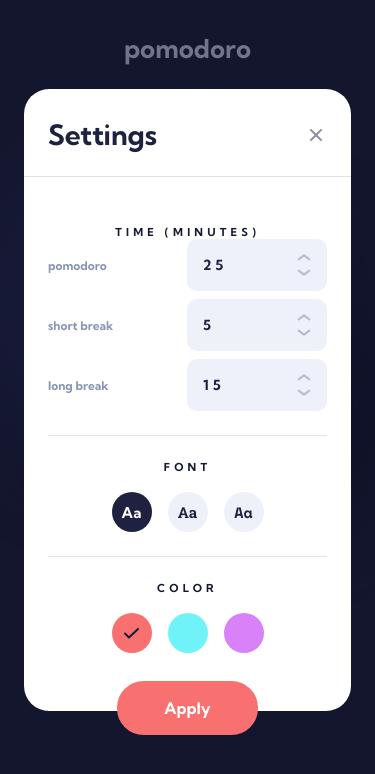
Repository: blordeus/pomodoro-app
Page: /, after clicking the first element matching `button.settings-trigger`
The author's editor kept a copy of each file at every save. The page is drawn from the files as they stood at one save, then again after the next save.
The browser window is 375 px wide. The pictures show the whole page.
The project was rebuilt for these pictures with package versions that can differ from the ones it lists, and the page was loaded fresh each time.

Above is the page before, as saved 2026-05-09 18:38:07.

### index.html
<!doctype html>
<html lang="en">
  <head>
    <meta charset="UTF-8" />
    <meta name="viewport" content="width=device-width, initial-scale=1.0" />
    <title>Pomodoro App</title>
  </head>
  <body>
    <div id="root"></div>
    <script type="module" src="/src/main.jsx"></script>
  </body>
</html>

### src/main.jsx
import React from 'react';
import { createRoot } from 'react-dom/client';
import './index.css';
import App from './App.jsx';

createRoot(document.getElementById('root')).render(
  <React.StrictMode>
    <App />
  </React.StrictMode>
);

### src/index.css
@import url('https://fonts.googleapis.com/css2?family=Kumbh+Sans:wght@400;700&family=Roboto+Slab:wght@400;700&family=Space+Mono:wght@400;700&display=swap');

/* ─── Design Tokens ─────────────────────────────────────────── */
:root {
  --bg: #1E213F;
  --surface: #161932;
  --surface-alt: #0D0E1C;
  --text-primary: #D7E0FF;
  --text-muted: #8895B3;
  --modal-bg: #FFFFFF;
  --modal-text: #161932;
  --modal-label: #1E213F;
  --modal-section-title: #161932;
  --input-bg: #EFF1FA;
  --input-text: #1E213F;
  --divider: #E3E1E1;

  /* Accent — overridden by useSettings via JS */
  --accent: #F87070;

  /* Font — overridden by useSettings via JS */
  --font-app: 'Kumbh Sans', sans-serif;

  /* Timer sizing */
  --timer-outer: 410px;
  --timer-inner: 340px;
  --timer-ring-size: 339px;
}

/* ─── Reset & Base ──────────────────────────────────────────── */
*, *::before, *::after {
  box-sizing: border-box;
  margin: 0;
  padding: 0;
}

body {
  font-family: var(--font-app);
  background-color: var(--bg);
  color: var(--text-primary);
  min-height: 100vh;
  transition: font-family 0.2s ease;
}

button {
  cursor: pointer;
  border: none;
  background: none;
  font-family: inherit;
}

/* ─── App Layout ────────────────────────────────────────────── */
.app {
  display: flex;
  flex-direction: column;
  align-items: center;
  padding: 48px 24px 56px;
  min-height: 100vh;
}

.app__title {
  font-size: 1.625rem;
  font-weight: 700;
  letter-spacing: 0;
  color: var(--text-primary);
  margin-bottom: 45px;
}

/* ─── Mode Selector ─────────────────────────────────────────── */
.mode-selector {
  display: flex;
  align-items: center;
  background-color: var(--surface);
  border-radius: 31.5px;
  padding: 8px;
  gap: 0;
  margin-bottom: 48px;
}

.mode-btn {
  font-family: var(--font-app);
  font-size: 0.75rem;
  font-weight: 700;
  color: var(--text-muted);
  border-radius: 26.5px;
  padding: 14px 24px;
  transition: color 0.25s ease, background-color 0.25s ease;
  white-space: nowrap;
}

.mode-btn:hover {
  color: var(--text-primary);
}

.mode-btn--active {
  background-color: var(--accent);
  color: var(--modal-label);
}

/* ─── Timer ─────────────────────────────────────────────────── */
.timer-wrapper {
  margin-bottom: 63px;
}

.timer-outer {
  width: var(--timer-outer);
  height: var(--timer-outer);
  border-radius: 50%;
  background: linear-gradient(315deg, #2E325A 0%, #0E112A 100%);
  box-shadow:
    -50px -50px 100px #272C5A,
    50px 50px 100px #121530;
  display: flex;
  align-items: center;
  justify-content: center;
}

.timer-inner {
  width: var(--timer-inner);
  height: var(--timer-inner);
  border-radius: 50%;
  background: var(--surface);
  display: flex;
  align-items: center;
  justify-content: center;
  position: relative;
}

.timer-ring {
  position: absolute;
  inset: 0;
  display: flex;
  align-items: center;
  justify-content: center;
  width: 100%;
  height: 100%;
  padding: 20px;
}

.progress-ring {
  overflow: visible;
  width: 100%;
  height: 100%;
}

.timer-face {
  position: relative;
  z-index: 1;
  display: flex;
  flex-direction: column;
  align-items: center;
  gap: 15px;
  padding: 20px 40px;
  border-radius: 50%;
  background: transparent;
  transition: opacity 0.15s ease;
}

.timer-face:hover .timer-action {
  color: var(--accent);
}

.timer-time {
  font-family: var(--font-app);
  font-size: 5.5rem;
  font-weight: 700;
  color: var(--text-primary);
  letter-spacing: -4px;
  line-height: 1;
}

.timer-action {
  font-family: var(--font-app);
  font-size: 0.875rem;
  font-weight: 700;
  letter-spacing: 13px;
  color: var(--text-primary);
  text-transform: uppercase;
  transition: color 0.2s ease;
  /* offset to account for letter-spacing on last char */
  padding-left: 13px;
}

/* ─── Settings Trigger ──────────────────────────────────────── */
.settings-trigger {
  color: var(--text-muted);
  transition: color 0.2s ease;
  padding: 8px;
}

.settings-trigger:hover {
  color: var(--text-primary);
}

.settings-trigger img {
  opacity: 0.5;
  transition: opacity 0.2s ease;
}

.settings-trigger:hover img {
  opacity: 1;
}

/* ─── Settings Modal ────────────────────────────────────────── */
.modal-backdrop {
  position: fixed;
  inset: 0;
  background: rgba(10, 12, 28, 0.5);
  display: flex;
  align-items: center;
  justify-content: center;
  z-index: 100;
  padding: 24px;
}

.modal {
  background: var(--modal-bg);
  border-radius: 25px;
  width: 100%;
  max-width: 540px;
  position: relative;
  overflow: visible;
}

.modal__header {
  display: flex;
  align-items: center;
  justify-content: space-between;
  padding: 34px 40px 28px;
  border-bottom: 1px solid var(--divider);
}

.modal__title {
  font-size: 1.75rem;
  font-weight: 700;
  color: var(--modal-label);
}

.modal__close {
  color: var(--text-muted);
  padding: 4px;
  transition: color 0.2s ease;
  display: flex;
  align-items: center;
  justify-content: center;
}

.modal__close:hover {
  color: var(--modal-label);
}

.modal__body {
  padding: 6px 40px 24px 40px;

}

.modal__section {
  padding: 24px 0;
}

.modal__section--row {
  display: flex;
  align-items: center;
  justify-content: space-between;
}

.modal__section-title {
  font-size: 0.6875rem;
  font-weight: 700;
  letter-spacing: 4.23px;
  color: var(--modal-section-title);
  text-transform: uppercase;
  margin-bottom: 18px;
}

.modal__section--row .modal__section-title {
  margin-bottom: 0;
}

.modal__time-inputs {
  display: flex;
  gap: 20px;
}

.modal__divider {
  height: 1px;
  background: var(--divider);
}

.modal__options {
  display: flex;
  gap: 16px;
  align-items: center;
}

.modal__footer {
  display: flex;
  justify-content: center;
  padding-bottom: 0;
  /* Apply button overlaps the bottom of the modal */
  margin-top: -20px;
  margin-bottom: -24px;
}

/* ─── TimeInput ─────────────────────────────────────────────── */
.time-input {
  flex: 1;
  display: flex;
  flex-direction: column;
  gap: 8px;
}

.time-input__label {
  font-size: 0.75rem;
  font-weight: 700;
  color: var(--text-muted);
}

.time-input__control {
  display: flex;
  align-items: center;
  justify-content: space-between;
  background: var(--input-bg);
  border-radius: 10px;
  padding: 14px 16px;
  gap: 16px;
}

.time-input__value {
  font-size: 0.875rem;
  font-weight: 700;
  color: var(--input-text);
}

.time-input__arrows {
  display: flex;
  flex-direction: column;
  gap: 8px;
}

.time-input__arrow {
  color: #8895B3;
  display: flex;
  align-items: center;
  justify-content: center;
  transition: color 0.15s ease;
  padding: 0;
  line-height: 1;
}

.time-input__arrow img {
  width: 14px;
  height: 8px;
}

.time-input__arrow:hover {
  color: var(--input-text);
}

/* ─── Font Buttons ──────────────────────────────────────────── */
.font-btn {
  width: 40px;
  height: 40px;
  border-radius: 50%;
  font-size: 0.9375rem;
  font-weight: 700;
  background: var(--input-bg);
  color: var(--modal-label);
  display: flex;
  align-items: center;
  justify-content: center;
  transition: background-color 0.2s ease, color 0.2s ease;
}

.font-btn--active {
  background: var(--modal-label);
  color: var(--modal-bg);
}

/* ─── Color Buttons ─────────────────────────────────────────── */
.color-btn {
  width: 40px;
  height: 40px;
  border-radius: 50%;
  position: relative;
  transition: opacity 0.2s ease;
}

.color-btn:hover {
  opacity: 0.85;
}

.color-btn--active::after {
  content: '';
  position: absolute;
  inset: 0;
  display: flex;
  align-items: center;
  justify-content: center;
  background-image: url("data:[embedded picture, 244 characters]");
  background-repeat: no-repeat;
  background-position: center;
}

/* ─── Apply Button ──────────────────────────────────────────── */
.apply-btn {
  font-family: var(--font-app);
  font-size: 1rem;
  font-weight: 700;
  color: white;
  background: var(--accent);
  border-radius: 26.5px;
  padding: 17px 47px;
  transition: filter 0.2s ease;
}

.apply-btn:hover {
  filter: brightness(1.15);
}

/* ─── Responsive ────────────────────────────────────────────── */
@media (max-width: 600px) {
  :root {
    --timer-outer: 300px;
    --timer-inner: 267px;
    --timer-ring-size: 248px;
  }

  .app {
    padding: 32px 24px 48px;
  }

  .app__title {
    margin-bottom: 40px;
  }

  .mode-selector {
    margin-bottom: 45px;
  }

  .mode-btn {
    padding: 11px 16px;
    font-size: 0.6875rem;
  }

  .timer-time {
    font-size: 5rem;
    letter-spacing: -3px;
  }

  .timer-wrapper {
    margin-bottom: 56px;
  }

  /* Settings modal: stack time inputs vertically */
  .modal__time-inputs {
    flex-direction: column;
    gap: 8px;
  }

  .time-input__control {
    width: 140px;
    flex-shrink: 0;
  }

  .time-input__value {
    letter-spacing: 4px;
  }

  .time-input {
    flex-direction: row;
    align-items: center;
    justify-content: space-between;
  }

  .time-input__label {
    flex-shrink: 0;
  }

  .modal__header {
    padding: 28px 24px 24px;
  }

  .modal__body {
    padding: 24px 24px;
  }

  .modal__section--row {
    flex-direction: column;
    align-items: center;
    gap: 18px;
    text-align: center;
  }

  .modal__section-title {
    margin-bottom: 0;
    text-align: center;
  }


}

### src/App.jsx
import React, { useState } from 'react';
import { useTimer } from './hooks/useTimer';
import { useSettings } from './hooks/useSettings';
import ModeSelector from './components/ModeSelector';
import TimerDisplay from './components/TimerDisplay';
import SettingsModal from './components/SettingsModal';

const App = () => {
  const { settings, applySettings } = useSettings();
  const { mode, status, formattedTime, progress, start, pause, restart, switchMode } = useTimer(settings);
  const [showSettings, setShowSettings] = useState(false);

  return (
    <div className="app">
      <h1 className="app__title">pomodoro</h1>

      <ModeSelector mode={mode} onSwitch={switchMode} />

      <TimerDisplay
        formattedTime={formattedTime}
        progress={progress}
        status={status}
        onStart={start}
        onPause={pause}
        onRestart={restart}
      />

      <button
        className="settings-trigger"
        onClick={() => setShowSettings(true)}
        aria-label="Open settings"
      >
        <img src="/assets/icon-settings.svg" alt="" />
      </button>

      {showSettings && (
        <SettingsModal
          settings={settings}
          onApply={applySettings}
          onClose={() => setShowSettings(false)}
        />
      )}
    </div>
  );
};

export default App;

### src/hooks/useTimer.js
import { useState, useEffect, useRef, useCallback } from 'react';

const MODES = {
  pomodoro: 'pomodoro',
  shortBreak: 'shortBreak',
  longBreak: 'longBreak',
};

export const useTimer = (settings) => {
  const [mode, setMode] = useState(MODES.pomodoro);
  const [status, setStatus] = useState('idle'); // idle | running | paused | complete
  const [timeLeft, setTimeLeft] = useState(settings.pomodoro * 60);
  const intervalRef = useRef(null);

  const totalTime = settings[mode] * 60;

  // Reset timer when mode or settings change
  useEffect(() => {
    clearInterval(intervalRef.current);
    setStatus('idle');
    setTimeLeft(settings[mode] * 60);
  }, [mode, settings]);

  useEffect(() => {
    if (status === 'running') {
      intervalRef.current = setInterval(() => {
        setTimeLeft((prev) => {
          if (prev <= 1) {
            clearInterval(intervalRef.current);
            setStatus('complete');
            return 0;
          }
          return prev - 1;
        });
      }, 1000);
    } else {
      clearInterval(intervalRef.current);
    }

    return () => clearInterval(intervalRef.current);
  }, [status]);

  const start = useCallback(() => setStatus('running'), []);
  const pause = useCallback(() => setStatus('paused'), []);
  const restart = useCallback(() => {
    setStatus('idle');
    setTimeLeft(settings[mode] * 60);
  }, [mode, settings]);

  const switchMode = useCallback((newMode) => {
    setMode(newMode);
  }, []);

  const minutes = Math.floor(timeLeft / 60);
  const seconds = timeLeft % 60;
  const formattedTime = `${String(minutes).padStart(2, '0')}:${String(seconds).padStart(2, '0')}`;
  const progress = timeLeft / totalTime; // 1 = full, 0 = empty

  return {
    mode,
    status,
    timeLeft,
    totalTime,
    formattedTime,
    progress,
    start,
    pause,
    restart,
    switchMode,
    MODES,
  };
};

### src/hooks/useSettings.js
import { useState, useEffect } from 'react';

const STORAGE_KEY = 'pomodoro-settings';

const DEFAULT_SETTINGS = {
  pomodoro: 25,
  shortBreak: 5,
  longBreak: 15,
  font: 'kumbh',   // kumbh | roboto | mono
  color: 'red',    // red | cyan | purple
};

export const useSettings = () => {
  const [settings, setSettings] = useState(() => {
    try {
      const saved = localStorage.getItem(STORAGE_KEY);
      return saved ? { ...DEFAULT_SETTINGS, ...JSON.parse(saved) } : DEFAULT_SETTINGS;
    } catch {
      return DEFAULT_SETTINGS;
    }
  });

  // Apply font + color to :root whenever settings change
  useEffect(() => {
    const root = document.documentElement;

    const fontMap = {
      kumbh: "'Kumbh Sans', sans-serif",
      roboto: "'Roboto Slab', serif",
      mono: "'Space Mono', monospace",
    };

    const colorMap = {
      red: '#F87070',
      cyan: '#70F3F8',
      purple: '#D881F8',
    };

    root.style.setProperty('--accent', colorMap[settings.color]);
    root.style.setProperty('--font-app', fontMap[settings.font]);
  }, [settings.font, settings.color]);

  const applySettings = (newSettings) => {
    const merged = { ...settings, ...newSettings };
    setSettings(merged);
    try {
      localStorage.setItem(STORAGE_KEY, JSON.stringify(merged));
    } catch {
      // storage unavailable, silently continue
    }
  };

  return { settings, applySettings };
};

### src/components/ModeSelector.jsx
import React, { useState } from 'react';

const LABELS = {
  pomodoro: 'pomodoro',
  shortBreak: 'short break',
  longBreak: 'long break',
};

const ModeSelector = ({ mode, onSwitch }) => {
  return (
    <nav className="mode-selector" aria-label="Timer mode">
      {Object.entries(LABELS).map(([key, label]) => (
        <button
          key={key}
          className={`mode-btn${mode === key ? ' mode-btn--active' : ''}`}
          onClick={() => onSwitch(key)}
          aria-pressed={mode === key}
        >
          {label}
        </button>
      ))}
    </nav>
  );
};

export default ModeSelector;

### src/components/TimerDisplay.jsx
import React, { useState } from 'react';
import CircularProgress from './CircularProgress';

const ACTION_LABELS = {
  idle: 'START',
  running: 'PAUSE',
  paused: 'RESUME',
  complete: 'RESTART',
};

const TimerDisplay = ({ formattedTime, progress, status, onStart, onPause, onRestart }) => {
  const actionLabel = ACTION_LABELS[status];

  const handleAction = () => {
    if (status === 'idle' || status === 'paused') onStart();
    else if (status === 'running') onPause();
    else if (status === 'complete') onRestart();
  };

  return (
    <div className="timer-wrapper">
      {/* Outer decorative circle with layered shadow effect */}
      <div className="timer-outer">
        <div className="timer-inner">
          {/* SVG progress ring sits behind the content */}
          <div className="timer-ring">
            <CircularProgress progress={progress} />
          </div>
          {/* Time + action button */}
          <button
            className="timer-face"
            onClick={handleAction}
            aria-label={`${actionLabel} timer, time remaining ${formattedTime}`}
          >
            <span className="timer-time">{formattedTime}</span>
            <span className="timer-action">{actionLabel}</span>
          </button>
        </div>
      </div>
    </div>
  );
};

export default TimerDisplay;

### src/components/SettingsModal.jsx
import React, { useState } from 'react';
import TimeInput from './TimeInput';

const FONTS = [
  { key: 'kumbh', label: 'Aa', style: { fontFamily: "'Kumbh Sans', sans-serif" } },
  { key: 'roboto', label: 'Aa', style: { fontFamily: "'Roboto Slab', serif" } },
  { key: 'mono', label: 'Aa', style: { fontFamily: "'Space Mono', monospace" } },
];

const COLORS = [
  { key: 'red', hex: '#F87070' },
  { key: 'cyan', hex: '#70F3F8' },
  { key: 'purple', hex: '#D881F8' },
];

const SettingsModal = ({ settings, onApply, onClose }) => {
  const [draft, setDraft] = useState({ ...settings });

  const update = (key, value) => setDraft((prev) => ({ ...prev, [key]: value }));

  const handleApply = () => {
    onApply(draft);
    onClose();
  };

  // Close on backdrop click
  const handleBackdrop = (e) => {
    if (e.target === e.currentTarget) onClose();
  };

  return (
    <div className="modal-backdrop" onClick={handleBackdrop} role="dialog" aria-modal="true" aria-labelledby="settings-title">
      <div className="modal">
        <div className="modal__header">
          <h2 className="modal__title" id="settings-title">Settings</h2>
          <button className="modal__close" onClick={onClose} aria-label="Close settings">
            <img src="/assets/icon-close.svg" alt="" />
          </button>
        </div>

        <div className="modal__body">
          {/* Time inputs */}
          <section className="modal__section">
            <h3 className="modal__section-title">Time (Minutes)</h3>
            <div className="modal__time-inputs">
              <TimeInput
                label="pomodoro"
                value={draft.pomodoro}
                onChange={(v) => update('pomodoro', v)}
              />
              <TimeInput
                label="short break"
                value={draft.shortBreak}
                onChange={(v) => update('shortBreak', v)}
              />
              <TimeInput
                label="long break"
                value={draft.longBreak}
                onChange={(v) => update('longBreak', v)}
              />
            </div>
          </section>

          <div className="modal__divider" />

          {/* Font picker */}
          <section className="modal__section modal__section--row">
            <h3 className="modal__section-title">Font</h3>
            <div className="modal__options">
              {FONTS.map(({ key, label, style }) => (
                <button
                  key={key}
                  className={`font-btn${draft.font === key ? ' font-btn--active' : ''}`}
                  style={style}
                  onClick={() => update('font', key)}
                  aria-label={`Font ${key}`}
                  aria-pressed={draft.font === key}
                >
                  {label}
                </button>
              ))}
            </div>
          </section>

          <div className="modal__divider" />

          {/* Color picker */}
          <section className="modal__section modal__section--row">
            <h3 className="modal__section-title">Color</h3>
            <div className="modal__options">
              {COLORS.map(({ key, hex }) => (
                <button
                  key={key}
                  className={`color-btn${draft.color === key ? ' color-btn--active' : ''}`}
                  style={{ backgroundColor: hex }}
                  onClick={() => update('color', key)}
                  aria-label={`Color ${key}`}
                  aria-pressed={draft.color === key}
                />
              ))}
            </div>
          </section>
        </div>

        <div className="modal__footer">
          <button className="apply-btn" onClick={handleApply}>
            Apply
          </button>
        </div>
      </div>
    </div>
  );
};

export default SettingsModal;

### src/components/CircularProgress.jsx
import React, { useState } from 'react';

const CircularProgress = ({ progress, size = 339, strokeWidth = 10 }) => {
  const radius = (size - strokeWidth) / 2;
  const circumference = 2 * Math.PI * radius;
  const offset = circumference - progress * circumference;

  return (
    <svg
      width="100%"
      height="100%"
      viewBox={`0 0 ${size} ${size}`}
      className="progress-ring"
      aria-hidden="true"
    >
      {/* Track (background ring) — invisible, just for spacing */}
      <circle
        cx={size / 2}
        cy={size / 2}
        r={radius}
        fill="none"
        stroke="transparent"
        strokeWidth={strokeWidth}
      />
      {/* Progress arc */}
      <circle
        cx={size / 2}
        cy={size / 2}
        r={radius}
        fill="none"
        stroke="var(--accent)"
        strokeWidth={strokeWidth}
        strokeLinecap="round"
        strokeDasharray={circumference}
        strokeDashoffset={offset}
        // Start at 12 o'clock (default SVG starts at 3 o'clock)
        transform={`rotate(-90 ${size / 2} ${size / 2})`}
        style={{ transition: 'stroke-dashoffset 0.5s linear' }}
      />
    </svg>
  );
};

export default CircularProgress;

### src/components/TimeInput.jsx
import React, { useState } from "react";

const TimeInput = ({ label, value, onChange, min = 1, max = 60 }) => {
  const increment = () => onChange(Math.min(max, value + 1));
  const decrement = () => onChange(Math.max(min, value - 1));

  return (
    <div className="time-input">
      <label className="time-input__label" htmlFor={`time-${label}`}>
        {label}
      </label>
      <div className="time-input__control">
        <span
          className="time-input__value"
          id={`time-${label}`}
          aria-live="polite"
        >
          {value}
        </span>
        <div className="time-input__arrows" aria-hidden="true">
          <div className="time-input__arrows">
            <button
              className="time-input__arrow"
              onClick={increment}
              aria-label={`Increase ${label}`}
            >
              <img src="/assets/icon-arrow-up.svg" alt="" />
            </button>
            <button
              className="time-input__arrow"
              onClick={decrement}
              aria-label={`Decrease ${label}`}
            >
              <img src="/assets/icon-arrow-down.svg" alt="" />
            </button>
          </div>
        </div>
      </div>
    </div>
  );
};

export default TimeInput;

After the next save:
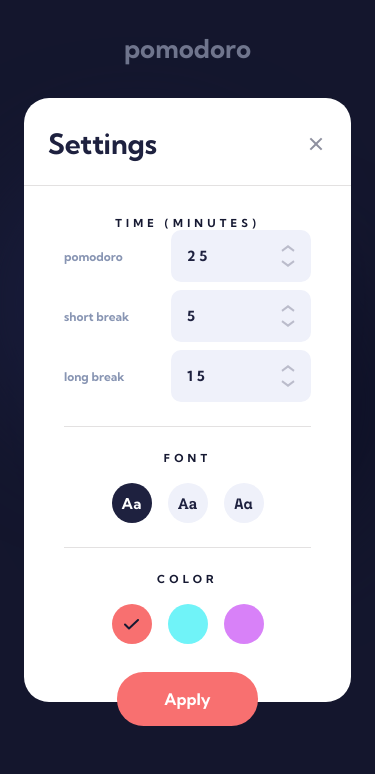
Saved 20 s later.
--- a/src/index.css
+++ b/src/index.css
@@ -482,7 +482,8 @@ button {
   }
 
   .modal__body {
-    padding: 24px 24px;
+    padding: 6px 40px 24px 40px;
+
   }
 
   .modal__section--row {
